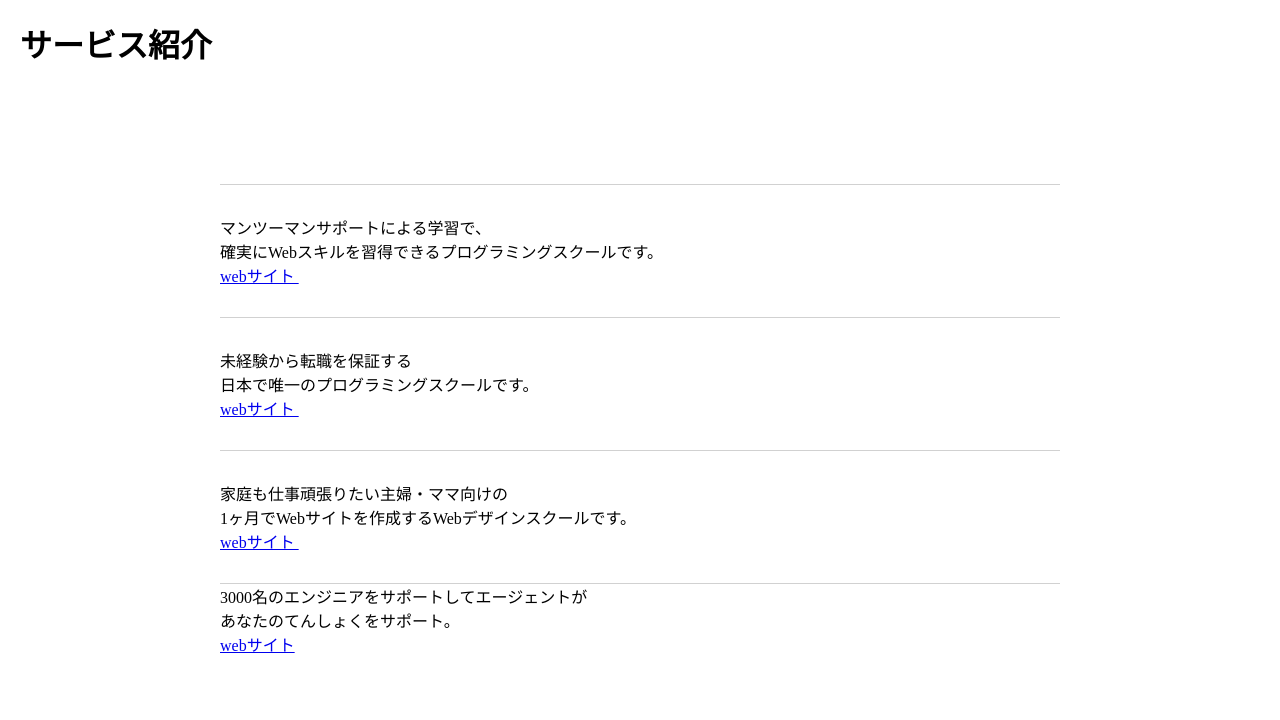
Repository: yesohnuki/shinya-ohnuki
Page: caravan/7.html
The author's editor kept a record of every edit. The page is drawn from the files as they stood at one moment, then again after the next edit.
The browser window is 1280 px wide. The pictures show the whole page.

Above is the page before.

After the next edit:
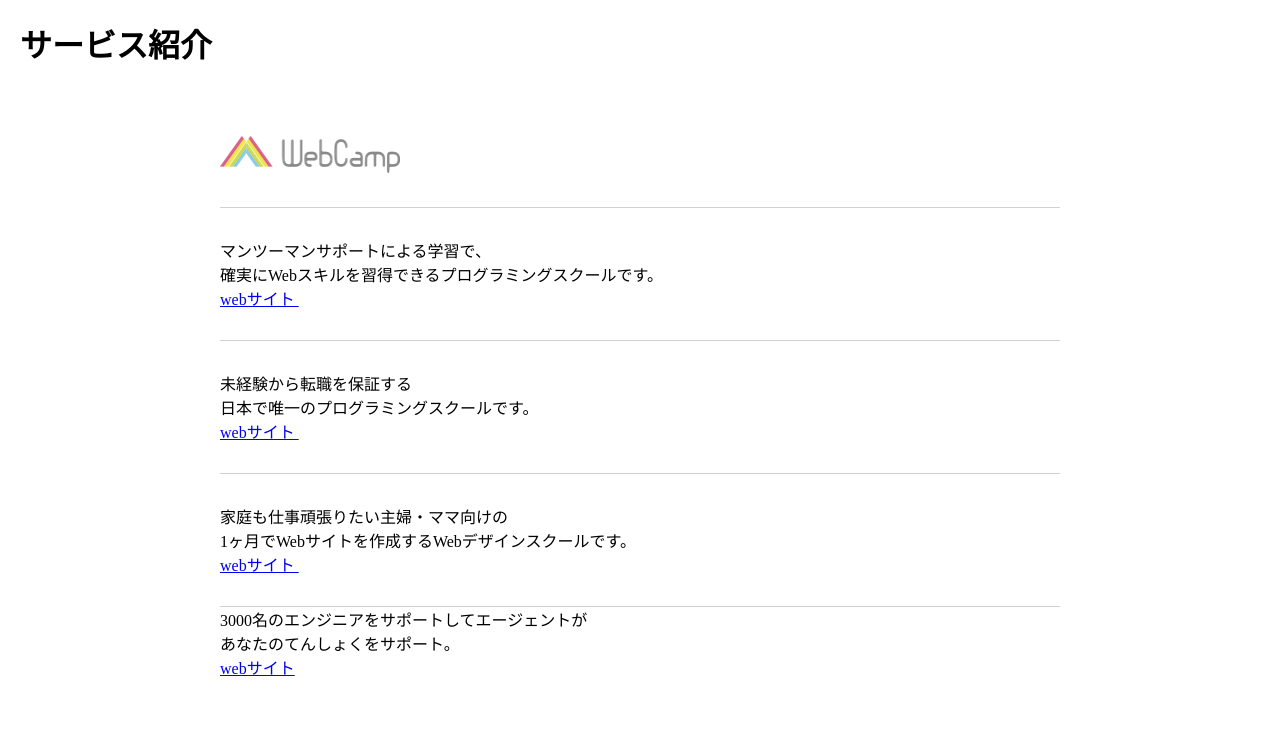
The edit:
--- a/caravan/7.html
+++ b/caravan/7.html
@@ -14,7 +14,7 @@
     </main-visual>
 
     <main>
-      <img class="wc-logo.png">
+      <img src="wc-logo.png">
       <div class="service1"></div>
       マンツーマンサポートによる学習で、<br>
       確実にWebスキルを習得できるプログラミングスクールです。<br />
